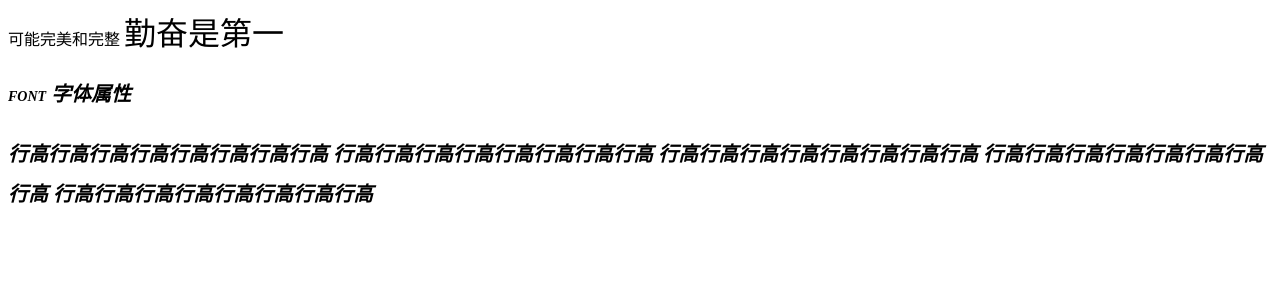
Repository: yuquan1006/-
Page: 02_css/demo.html
These files come from the project's save history. The page is drawn as it stood at one moment and after the next save; the edit follows.
The browser window is 1280 px wide. The pictures show the whole page.

Above is the page before, as saved 2023-06-26 10:57:15.

After the next save:
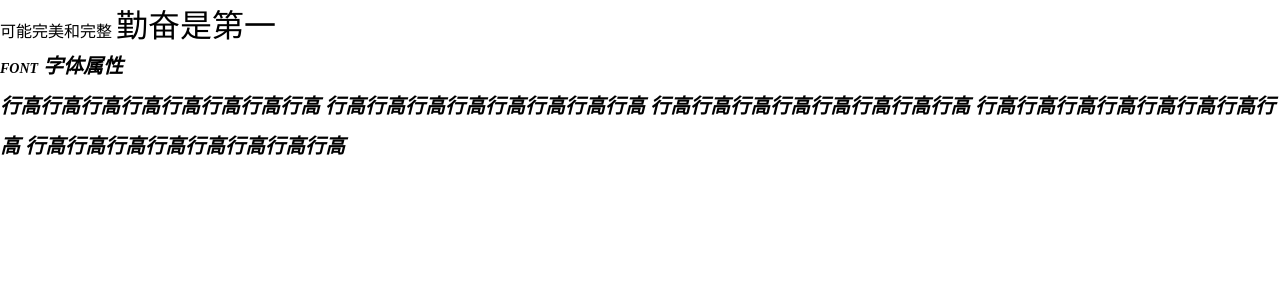
Saved 21 s later.
--- a/02_css/demo.html
+++ b/02_css/demo.html
@@ -23,14 +23,14 @@
         /* 行高
         我们设置行高为30px，30px * 5 = 150px，通过F12查看审查元素，这个p标签的高度果然为150px。而且我们发现，我们并没有给这个p标签设置高度，显然是内容将其撑高的。
         */
-        /* *{
+        *{
             margin: 0px;
             padding: 0px;
         } */
         /* p{
             width: 400px;
             line-height: 30px;
-        } */
+        }
 
 
     </style>
